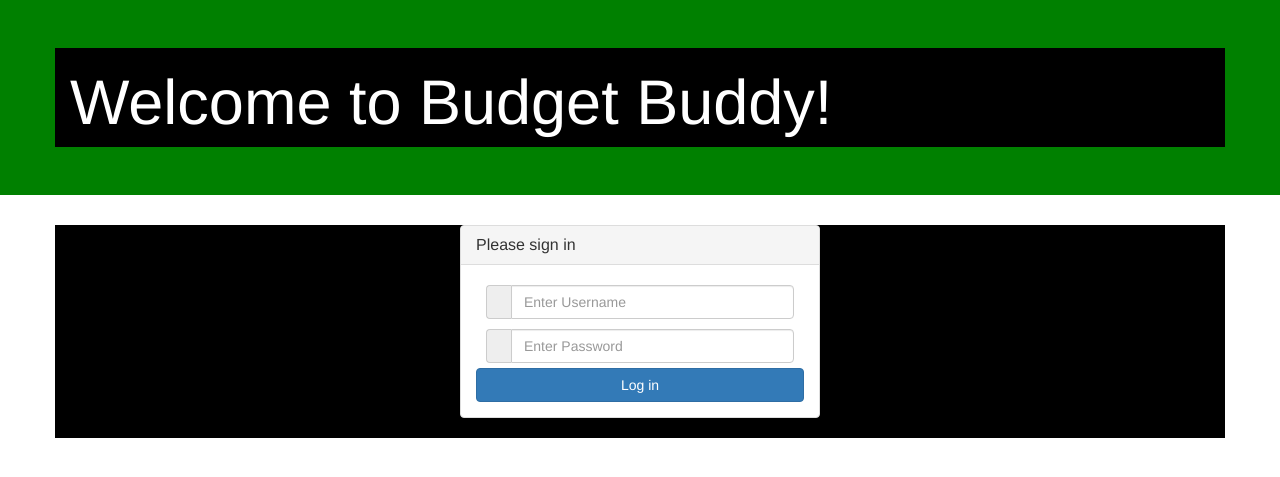
Repository: jdfost1/BudgetBuddy
Page: http://localhost/budgetbuddy/login
An editor plug-in stored every save of this project. The page is shown before and after the next save, followed by the edit.
The browser window is 1280 px wide. The pictures show the whole page.
Some web libraries are served in a nearby version. The page is served by Tomcat 9.

Above is the page before, as saved 2018-10-09 06:40:07.

After the next save:
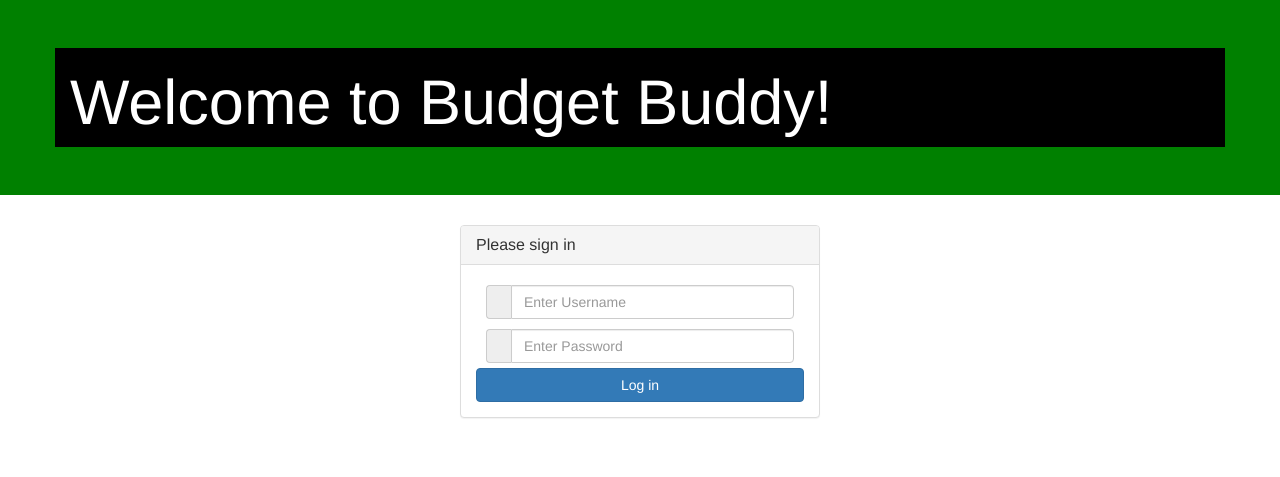
Saved 63 s later.
--- a/budgetbuddy/src/main/webapp/WEB-INF/jsp/login.jsp
+++ b/budgetbuddy/src/main/webapp/WEB-INF/jsp/login.jsp
@@ -11,7 +11,7 @@ background-color:black;
 background-color:green;
 }
 
-.container{
+#head1{
 background-color:black;
 color:white;
 }
@@ -32,7 +32,7 @@ color:white;
 <body>
    <section>
       <div id="jumbo"class="jumbotron">
-         <div class="container">
+         <div id="head1"class="container">
             <h1>Welcome to Budget Buddy!</h1>
 
          </div>
